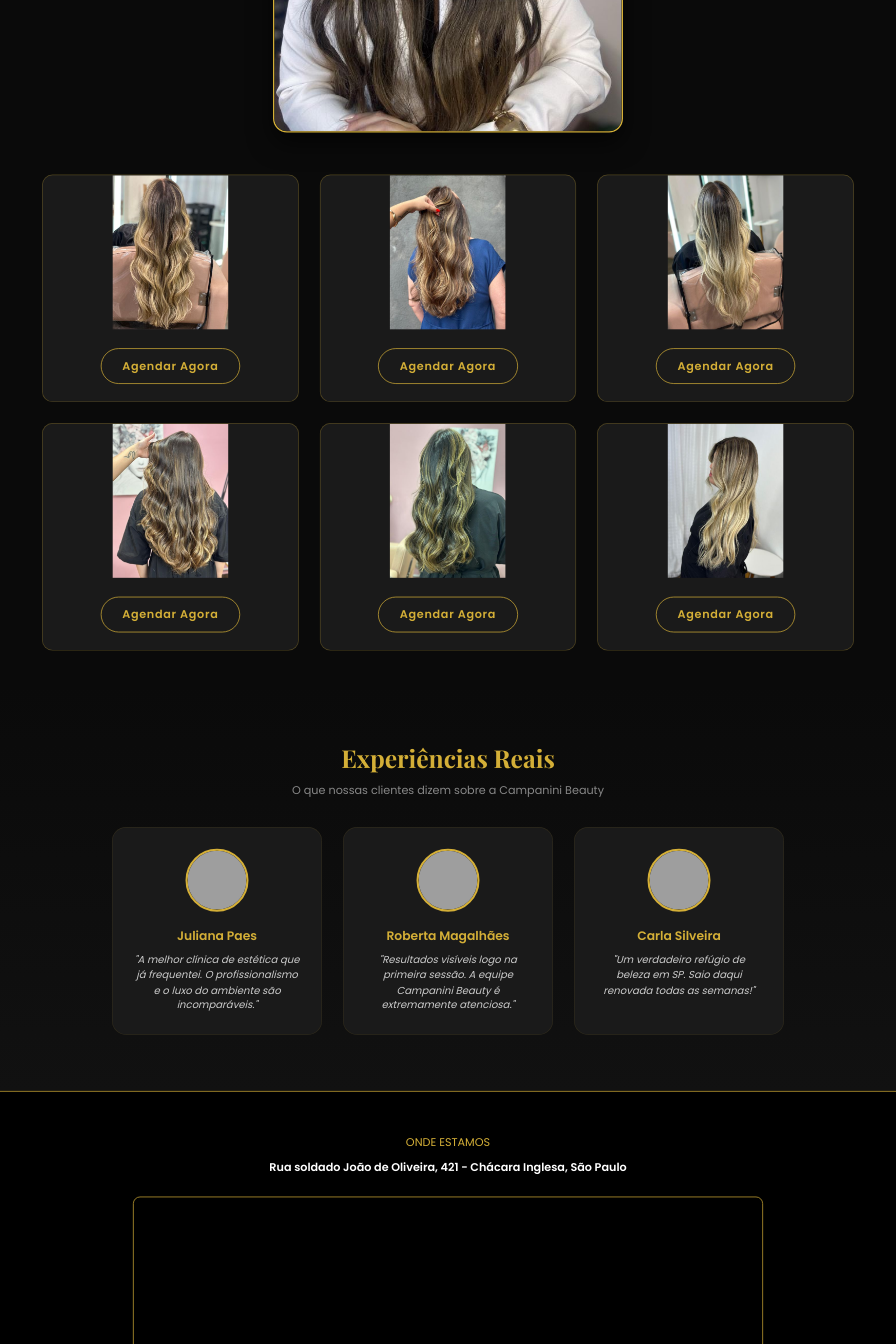
Repository: Sandro1969-tech/campanini-beauty
Page: index.html
The author's editor kept a copy of each file at every save. The page is drawn from the files as they stood at one save, then again after a run of saves.
The browser window is 1280 px wide. The pictures show the part of the page from y = 729 to 2649 px (the page is 2941 px tall before and 3473 px after), at 70% of full size.
Pictures or frames that could not be fetched are drawn as grey boxes.

Above is the page before, as saved 2026-02-17 19:54:01.

After the next 2 saves:
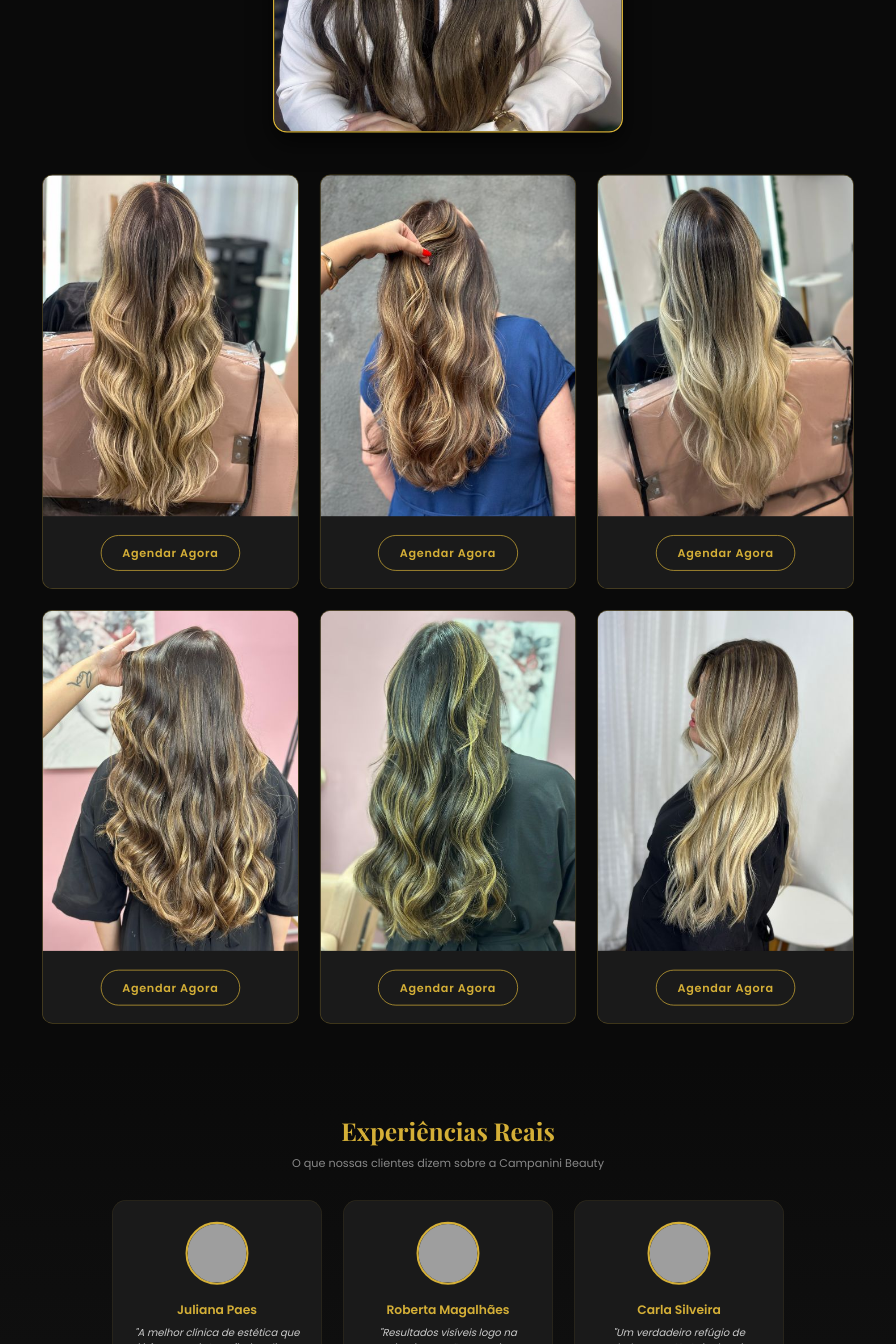
The 2 saves are shown as one change because they came seconds apart.
The last was saved 87 s later.
--- a/index.html
+++ b/index.html
@@ -107,7 +107,7 @@
 
         .card img {
             width: 100%;
-            height: 220px;
+            height: ;
             object-fit: contain; /* Garante que a imagem não fique esticada */
         }
 
